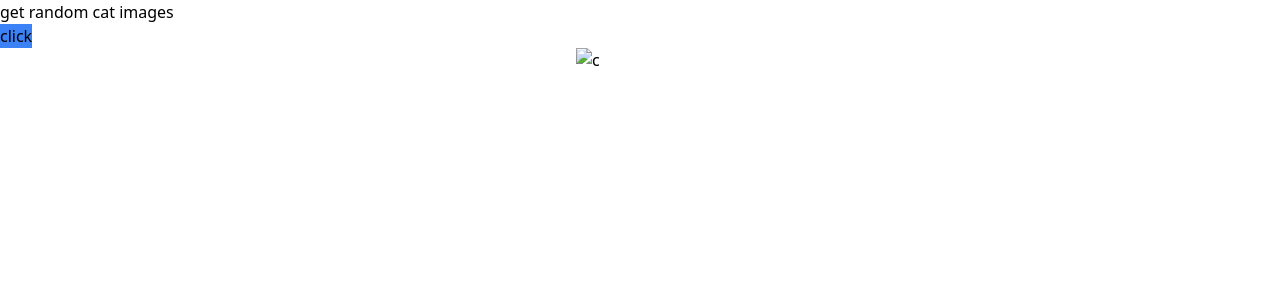
Repository: tentaciones/catMemeGenerator
Page: /
These files come from the project's save history. The page is drawn as it stood at one moment and after the next save; the edit follows.
The browser window is 1280 px wide. The pictures show the whole page.
The page's requests for data from a server got no answer. Some web fonts or font styles are not loaded; a fallback is used. The project was rebuilt for these pictures with package versions that can differ from the ones it lists, and the page was loaded fresh each time. No one was signed in, and anything a server would have sent is missing. Also part of the build but not shown: src/components/Navbar.jsx, src/components/Header.jsx, src/components/Post.jsx, src/components/Sidebar.jsx, src/pages/home.jsx.

Above is the page before, as saved 2022-07-07 19:05:34.

### public/index.html
<!DOCTYPE html>
<html lang="en">
  <head>
    <meta charset="utf-8" />
    <link rel="icon" href="%PUBLIC_URL%/favicon.ico" />
    <meta name="viewport" content="width=device-width, initial-scale=1" />
    <meta name="theme-color" content="#000000" />
    <meta
      name="description"
      content="Web site created using create-react-app"
    />
    <link rel="apple-touch-icon" href="%PUBLIC_URL%/logo192.png" />
    <link rel="preconnect" href="https://fonts.googleapis.com" />
    <link rel="preconnect" href="https://fonts.gstatic.com" crossorigin />
    <link
      href="https://fonts.googleapis.com/css2?family=Gentium+Book+Plus:ital@1&family=Rubik+Moonrocks&display=swap"
      rel="stylesheet"
    />
    <link rel="manifest" href="%PUBLIC_URL%/manifest.json" />

    <title>React App</title>
  </head>
  <body>
    <noscript>You need to enable JavaScript to run this app.</noscript>
    <div id="root"></div>
    <!--
      This HTML file is a template.
      If you open it directly in the browser, you will see an empty page.

      You can add webfonts, meta tags, or analytics to this file.
      The build step will place the bundled scripts into the <body> tag.

      To begin the development, run `npm start` or `yarn start`.
      To create a production bundle, use `npm run build` or `yarn build`.
    -->
  </body>
</html>

### src/App.js
import { Navbar } from "./components";
import Home from "./pages/Home";
import Loading from "./pages/Loading";
function App() {
  return (
    <div>
      <Loading />
    </div>
  );
}

export default App;

### src/components/index.js
export { default as Navbar } from "./Navbar";
export { default as Header } from "./Header";
export { default as Post } from "./Post";
export { default as Sidebar } from "./Sidebar";

### src/pages/Loading.jsx
import React, { useEffect, useState } from "react";

const Loading = () => {
  const [cat, setCat] = useState("");
  const [done, setDone] = useState(undefined);
  const getCat = () => {
    setTimeout(() => {
      fetch("https://aws.random.cat/meow")
        .then((res) => res.json())
        .then((data) => setCat(data.file));
      setDone(true);
    }, 1200);
  };
  useEffect(() => {
    getCat();
  }, []);

  return (
    <div>
      <div>get random cat images</div>
      <button className="bg-blue-500">click</button>
      <div className="flex justify-center">
        {!done ? (
          <p>loading ..</p>
        ) : (
          <img src={cat} alt="c" className="h-[500px] w-32" />
        )}
      </div>
    </div>
  );
};

export default Loading;

Loaded but not shown: src/index.js (common file); src/index.css (common file); src/reportWebVitals.js (common file); tailwind.config.js (common file)

After the next save:
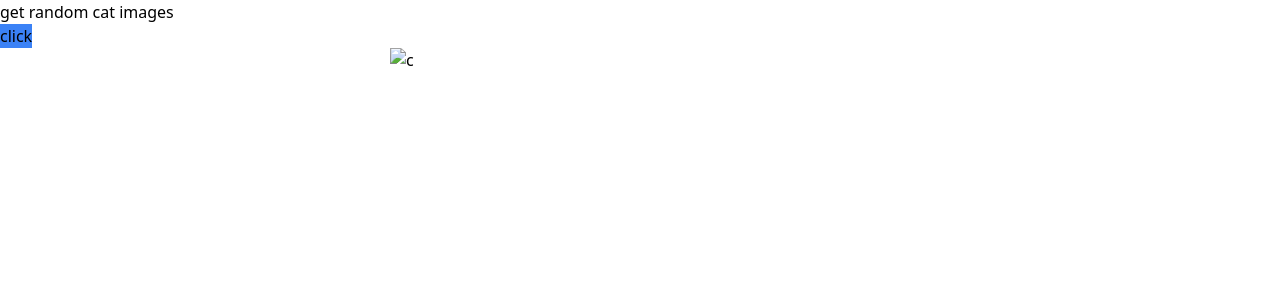
Saved 13 s later.
--- a/src/pages/Loading.jsx
+++ b/src/pages/Loading.jsx
@@ -23,7 +23,7 @@
         {!done ? (
           <p>loading ..</p>
         ) : (
-          <img src={cat} alt="c" className="h-[500px] w-32" />
+          <img src={cat} alt="c" className="h-[500px] w-[500px]" />
         )}
       </div>
     </div>
